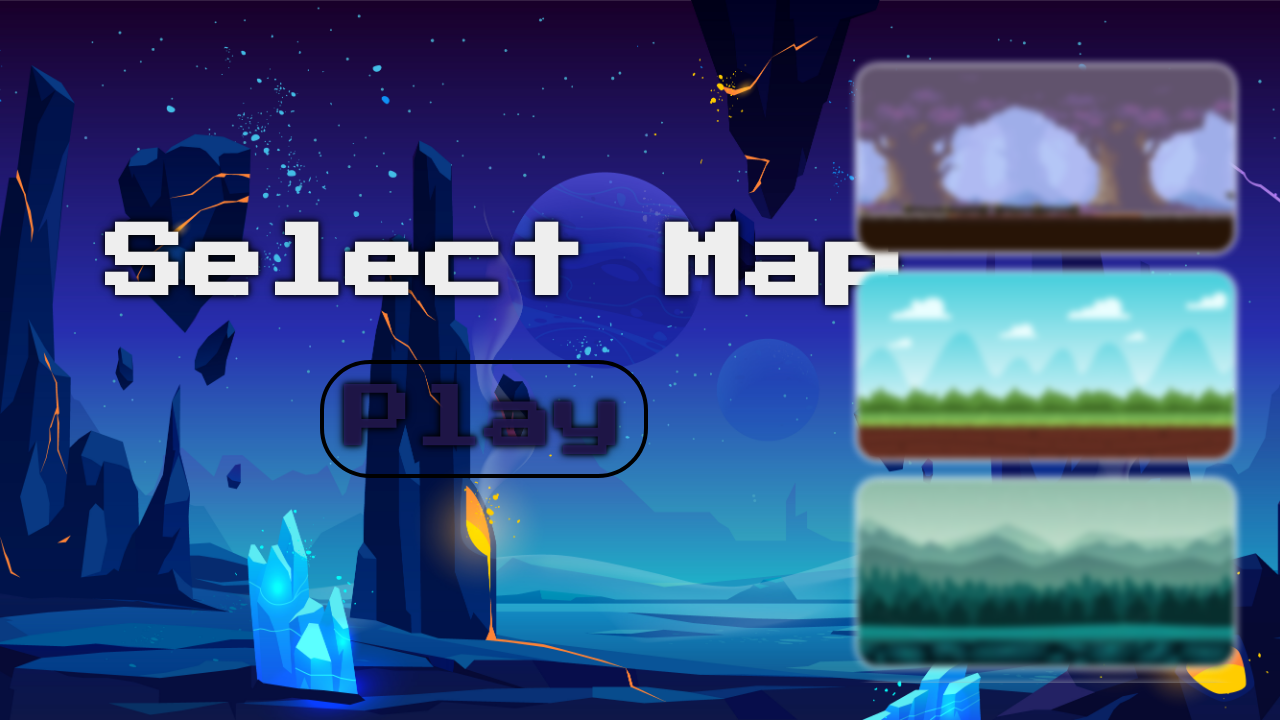
Repository: Gaurav31052/Fighting-game
Page: home.html
These files come from the project's save history. The page is drawn as it stood at one moment and after the next save; the edit follows.
The browser window is 1280 px wide. The pictures show the whole page.
An inner scrolling area shows only its first screen.

Above is the page before, as saved 2024-06-06 23:43:50.

After the next save:
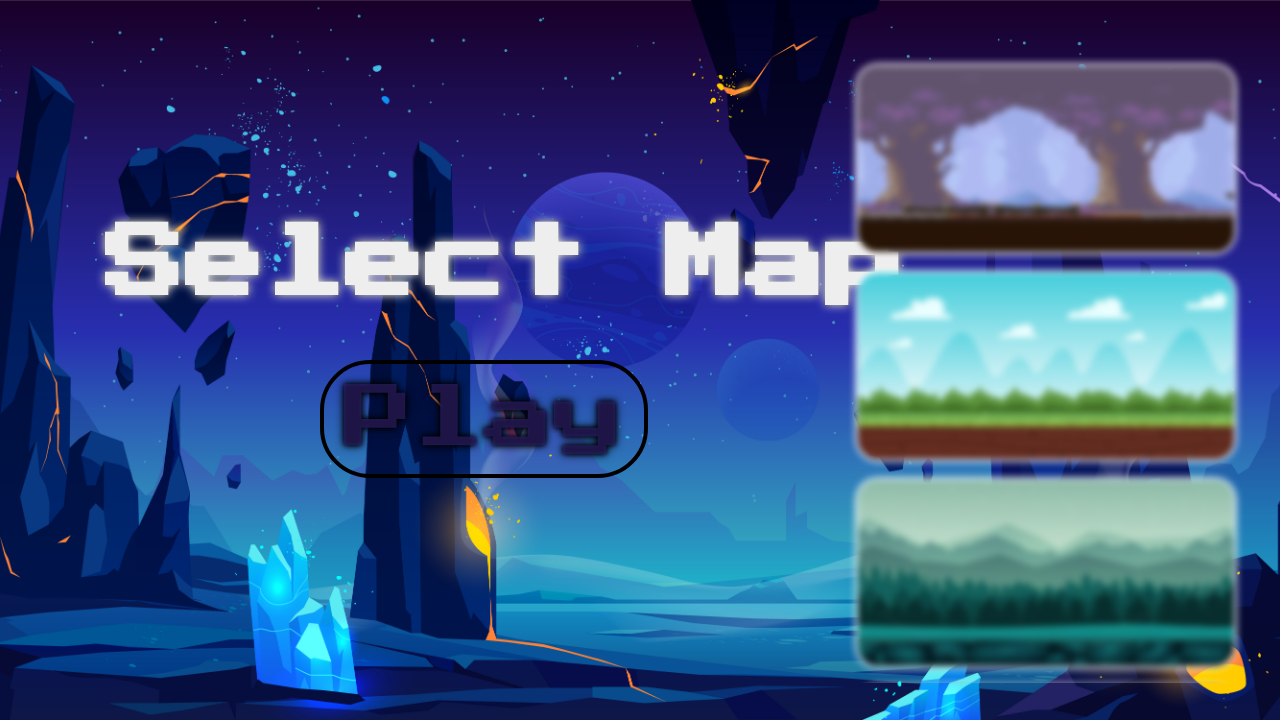
Saved 10 s later.
--- a/style.css
+++ b/style.css
@@ -71,7 +71,7 @@ a {
     justify-content: space-around;
     align-items: center;
     font-family: "Press Start 2P", system-ui;
-    text-shadow: 0 0 10px #000000, 0 0 5px #000000;
+    text-shadow: 0 0 10px #ffffff, 0 0 5px #000000;
 }
 .MapName>h1{
     font-size: 80px;
